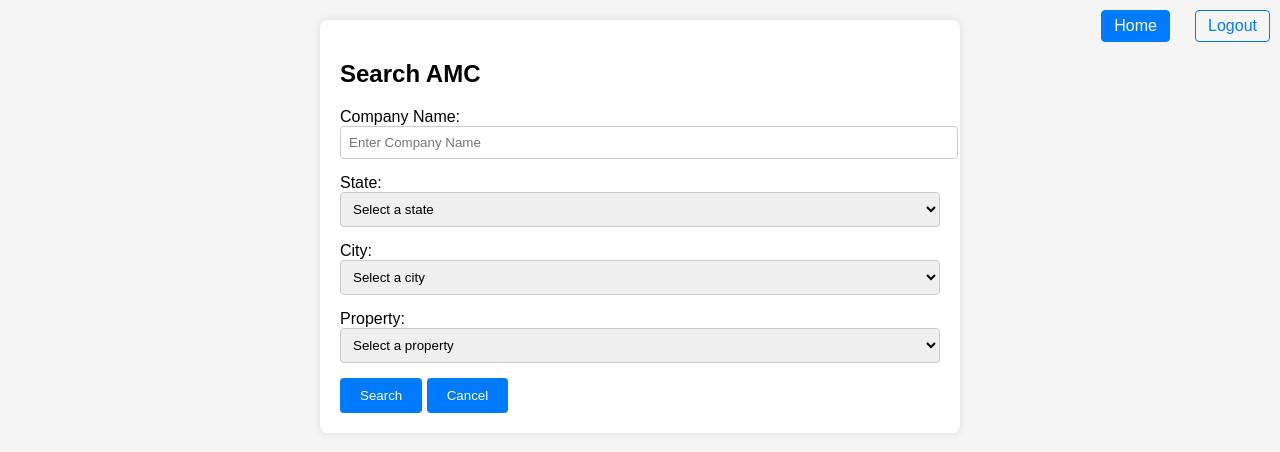
Repository: SaiKumarKota1919/zettamine-sai
Page: http://localhost/appraiser-management-system/search-form.jsp
An editor plug-in stored every save of this project. The page is shown before and after the next save, followed by the edit.
The browser window is 1280 px wide. The pictures show the whole page.
The page is served by Tomcat 10. The session is filled in as if someone had signed in: {"userName": "user"}.

Above is the page before, as saved 2023-12-31 07:03:34.

After the next save:
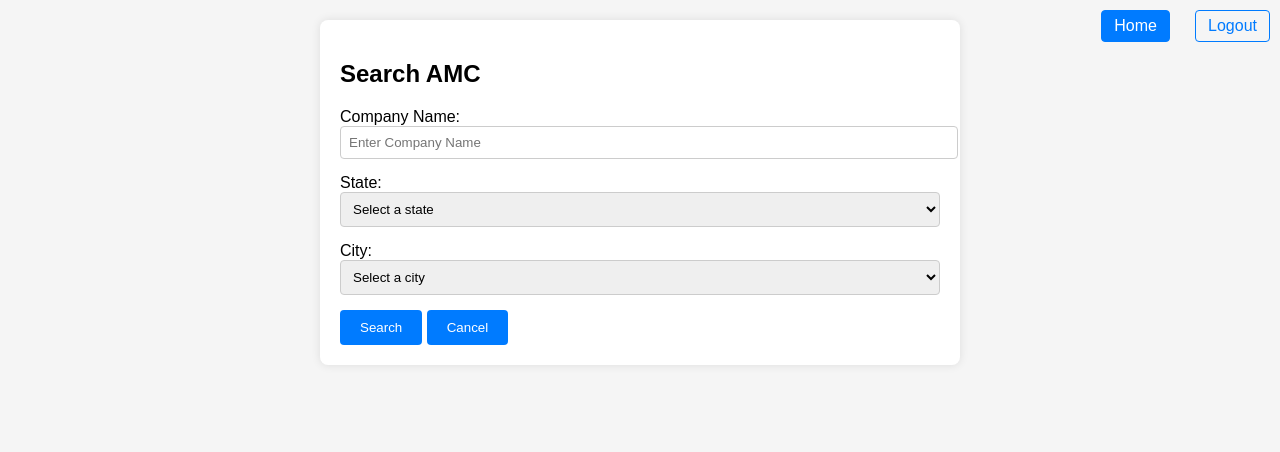
Saved 3 h 22 min later.
--- a/project-ams/appraiser-management-system/src/main/webapp/search-form.jsp
+++ b/project-ams/appraiser-management-system/src/main/webapp/search-form.jsp
@@ -41,15 +41,15 @@
 
     </select>
 
-    <label for="property">Property:</label>
+   <!--   <label for="property">Property:</label>
     <select id="property" name="property">
       <option value="" selected disabled>Select a property</option>
       <option value="residential">Residential</option>
       <option value="commercial">Commercial</option>
 
-    </select>
+    </select>-->
     <c:if test="${error!=null}">
-    <span style=color:red>${requestScope.error}</span>
+    <span style=color:red>Error</span>
     </c:if>
 
     <button type="submit">Search</button>
